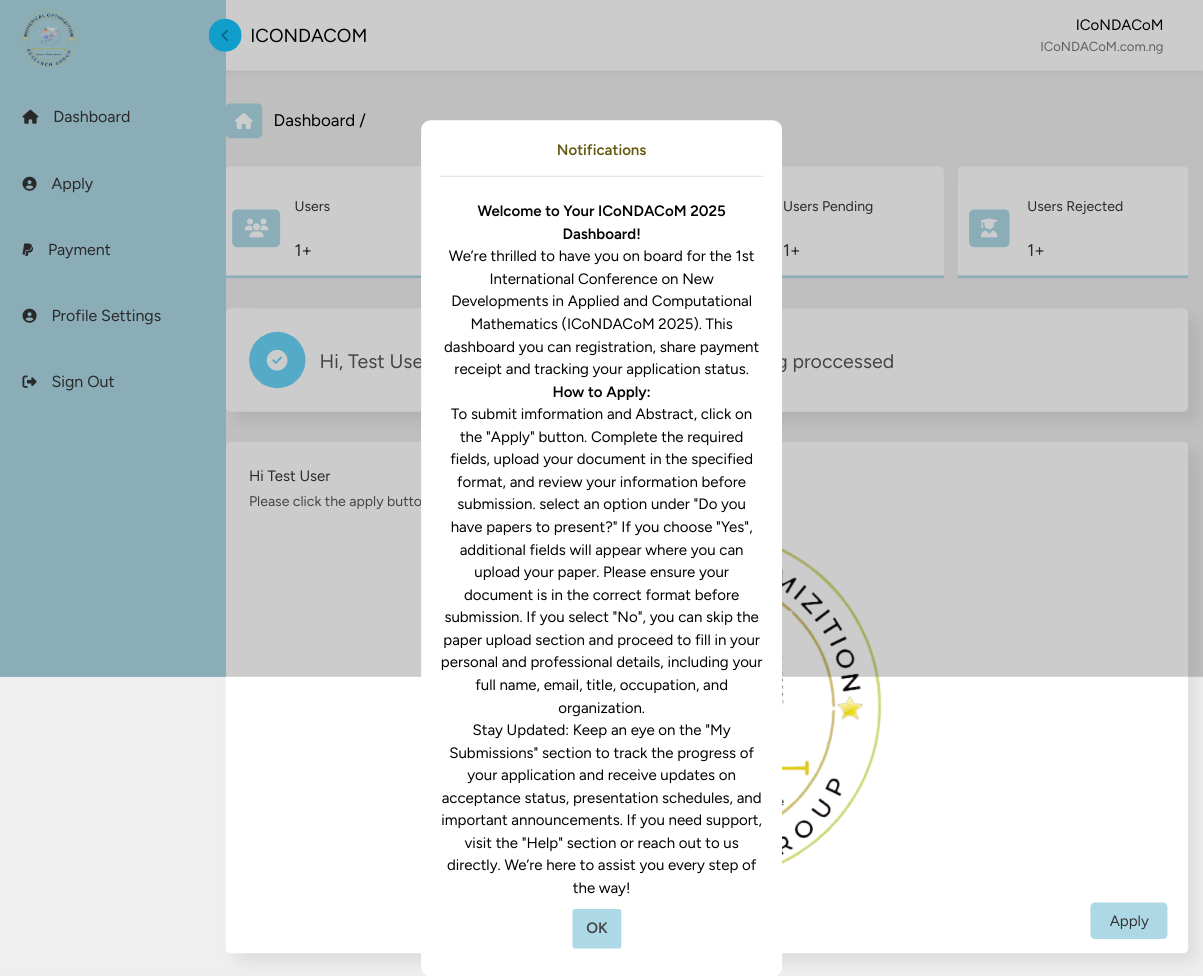
Repository: mrcode-gmb/aa-lectturn
Page: http://localhost/dashboard
The author's editor kept a copy of each file at every save. The page is drawn from the files as they stood at one save, then again after a run of saves.
The browser window is 1280 px wide. The pictures show the whole page, at 94% of full size.
The page is served by the project's Laravel application, run on PHP 8.4 with Laravel 10. A made-up administrator, Test User (test@example.com), is signed in. Other server files are loaded and not shown. Queries for data that is not in the repository find no rows.

Above is the page before, as saved 2025-02-07 10:33:23.

### routes/web.php
<?php

use App\Models\User;
use Illuminate\Support\Facades\Mail;
use Illuminate\Support\Facades\Route;
use App\Http\Controllers\ProfileController;
use App\Http\Controllers\ApplyCompetationController;

/*
|--------------------------------------------------------------------------
| Web Routes
|--------------------------------------------------------------------------
|
| Here is where you can register web routes for your application. These
| routes are loaded by the RouteServiceProvider and all of them will
| be assigned to the "web" middleware group. Make something great!
|
*/

Route::get('/', function () {
    return view('welcome');
});

Route::get('/dashboard', function () {
    return view('dashboard',
    [
        "allUsers" => User::where("role",2)->count(),
        "allPendingUsers" => User::where("status",1)->count(),
        "allApprovedUsers" => User::where("status",2)->count(),
        "allRejectedUsers" => User::where("status",3)->count(),
    ]);
})->middleware(['auth', 'verified'])->name('dashboard');

Route::middleware('auth')->group(function () {
    Route::get('/profile', [ProfileController::class, 'edit'])->name('profile.edit');
    Route::patch('/profile', [ProfileController::class, 'update'])->name('profile.update');
    Route::delete('/profile', [ProfileController::class, 'destroy'])->name('profile.destroy');

    Route::controller(ApplyCompetationController::class)->group(function () {
        Route::get("/apply", "index")->name("apply");
        Route::get("/users/applied", "showAppliedUsers")->name("apply.showAppliedUsers");
        Route::get("/users/payment/histories", "showPaymentHistories")->name("apply.showPaymentHistories");
        Route::get("/users/all", "showAlldUsers")->name("all.showAppliedUsers");
        Route::post("apply/store", "store")->name("apply.store");
        Route::post("apply/update", "update")->name("apply.update");
        Route::post("apply/payment-status", "paymentStatus")->name("apply.paymentStatus");
        Route::get("/payment/user", "userPayment")->name("userPayment");
        Route::post("/payment/payment", "userPaymentPayment")->name("userPaymentPayment");
    });
});

require __DIR__ . '/auth.php';

### app/Models/User.php
<?php

namespace App\Models;

// use Illuminate\Contracts\Auth\MustVerifyEmail;
use Illuminate\Database\Eloquent\Factories\HasFactory;
use Illuminate\Foundation\Auth\User as Authenticatable;
use Illuminate\Notifications\Notifiable;
use Laravel\Sanctum\HasApiTokens;

class User extends Authenticatable
{
    use HasApiTokens, HasFactory, Notifiable;

    /**
     * The attributes that are mass assignable.
     *
     * @var array<int, string>
     */
    protected $fillable = [
        'name',
        'email',
        "status",
        'password',
    ];

    /**
     * The attributes that should be hidden for serialization.
     *
     * @var array<int, string>
     */
    protected $hidden = [
        'password',
        'remember_token',
    ];

    /**
     * The attributes that should be cast.
     *
     * @var array<string, string>
     */
    protected $casts = [
        'email_verified_at' => 'datetime',
        'password' => 'hashed',
    ];

    public function userApplied()
    {
        return $this->hasOne(ApplyCompetation::class);
    }
    public function payment()
    {
        return $this->hasOne(Payment::class);
    }
}

### resources/views/dashboard.blade.php
<x-app-layout>
    <div>
        <section id="mainbody">
            <div class="main-body">
                <div class="str">
                    <div class="str-home">
                        <i class="fa fa-home"></i>
                        <div class="db">
                            <h4>Dashboard / &nbsp;</h4>
                            <p></p>
                        </div>
                    </div>
                </div>
                <div>
                    <div class="tabs" id="tabls">
                        <div class="">
                            <div class="container-fluiding">
                                <div class="col-md-3">
                                    <div class="icon-flex">
                                        <div class="left">
                                            <i class="fa fa-users"></i>
                                        </div>
                                        <div class="right">
                                            <h4>Users</h4>
                                            <p class="percent" id="percent">0%</p>
                                        </div>
                                    </div>
                                    <div class="loader">
                                        <div class="shows" id="shows"></div>
                                    </div>
                                </div>
                                <div class="col-md-3">
                                    <div class="icon-flex">
                                        <div class="left">
                                            <i class="fa fa-hand-point-right"></i>
                                        </div>
                                        <div class="right">
                                            <h4>Users Approved</h4>
                                            <p class="percent" id="percent1">0%</p>
                                        </div>
                                    </div>
                                    <div class="loader">
                                        <div class="shows" id="shows1"></div>
                                    </div>
                                </div>
                                <div class="col-md-3">
                                    <div class="icon-flex">
                                        <div class="left">
                                            <i class="fa fa-money-check-alt"></i>
                                        </div>
                                        <div class="right">
                                            <h4>Users Pending</h4>
                                            <p class="percent" id="percent2">0%</p>
                                        </div>
                                    </div>
                                    <div class="loader">
                                        <div class="shows" id="shows2"></div>
                                    </div>
                                </div>
                                <div class="col-md-3">
                                    <div class="icon-flex">
                                        <div class="left">
                                            <i class="fa fa-user-graduate"></i>
                                        </div>
                                        <div class="right">
                                            <h4>Users Rejected</h4>
                                            <p class="percent" id="percent3">0%</p>
                                        </div>
                                    </div>
                                    <div class="loader">
                                        <div class="shows" id="shows3"></div>
                                    </div>
                                </div>
                            </div>
                        </div>
                        <x-auth-session-status class="mb-4" :status="session('status')" />
                        @if (Auth::user()->status != 0)
                            @if (Auth::user()->status == 1)
                                <div class="full-chart">
                                    <div class="chart-title flex-class">
                                        <div class="circle-pending">
                                            <i class="fa fa-check-circle"></i>
                                        </div>
                                        <div class="circle-text">
                                            <p>Hi, {{ Auth::user()->name }}, Congratulation your application is being
                                                proccessed </p>
                                        </div>
                                    </div>
                                </div>
                            @elseif (Auth::user()->status == 2)
                                <div class="full-chart">
                                    <div class="chart-title flex-class">
                                        <div class="circle-success">
                                            <i class="fa fa-check-circle"></i>
                                        </div>
                                        <div class="circle-text">
                                            <p>Hi, {{ Auth::user()->name }}, Congratulation your application has been
                                                approved.
                                            </p>
                                        </div>
                                    </div>
                                </div>
                            @elseif (Auth::user()->status == 3)
                                <div class="full-chart">
                                    <div class="chart-title flex-class">
                                        <div class="circle-rejected">
                                            <i class="fa fa-check-circle"></i>
                                        </div>
                                        <div class="circle-text">
                                            <p>Hi, {{ Auth::user()->name }}, Sorry your application cannot be
                                                considered.
                                            </p>
                                        </div>
                                    </div>
                                </div>
                            @else
                            @endif
                        @endif
                    </div>
                </div>

                @if (Auth::user()->role == 1)
                    <div>
                        <div class="tabs" id="tabls">
                            <div class="full-chart">
                                <div class="chart-title">
                                    <h3>Hi {{ Auth::user()->name }} (Super Admin)</h3>
                                    <p>Please click the manage users button to view, approved, or reject user who apply
                                    </p>
                                </div>
                                <div class="dont-have">
                                    <img src="{{ asset('asset/photos/WhatsApp_Image_2024-10-23_at_8.20.45_PM-removebg-preview.png') }}"
                                        alt="">
                                </div>
                                <div class="create-app">
                                    <a href="apply">
                                        Manage Users
                                    </a>
                                </div>
                            </div>
                            <br>
                        </div>
                    </div>
                @else
                    <div>
                        <div class="tabs" id="tabls">
                            <div class="full-chart">
                                <div class="chart-title">
                                    <h3>Hi {{ Auth::user()->name }}</h3>
                                    <p>Please click the apply button to apply</p>
                                </div>
                                <div class="dont-have">
                                    <img src="{{ asset('asset/photos/WhatsApp_Image_2024-10-23_at_8.20.45_PM-removebg-preview.png') }}"
                                        alt="">
                                </div>
                                <div class="create-app">
                                    <a href="apply">
                                        Apply
                                    </a>
                                </div>
                            </div>
                            <br>
                        </div>
                    </div>
                @endif
                <!-- end design dashboard content  -->
            </div>
        </section>
    </div>
    <div class="modal d-nones text-center font-bold" id="modal">
        <div class="modal-dialog">
            <div class="modal-head">
                <p><b>Notifications</b> </p>
            </div>
            <form class="modal-body">
                <p>
                    <b>Welcome to Your ICoNDACoM 2025 Dashboard!</b> <br>
We’re thrilled to have you on board for the 1st International Conference on New Developments in Applied and Computational Mathematics (ICoNDACoM 2025). This dashboard you can registration, share payment receipt and tracking your application status.
<br>
<b>How to Apply:</b> <br>
To submit imformation and Abstract, click on the "Apply" button. Complete the required fields, upload your document in the specified format, and review your information before submission. select an option under "Do you have papers to present?" If you choose "Yes", additional fields will appear where you can upload your paper. Please ensure your document is in the correct format before submission. If you select "No", you can skip the paper upload section and proceed to fill in your personal and professional details, including your full name, email, title, occupation, and organization.
<br>
Stay Updated:
Keep an eye on the "My Submissions" section to track the progress of your application and receive updates on acceptance status, presentation schedules, and important announcements. If you need support, visit the "Help" section or reach out to us directly. We’re here to assist you every step of the way!


                </p>
                <div class="modal-footer text-center">
                    <button type="button" onclick="modalDismiss()">OK</button>
                </div>
            </form>
        </div>
    </div>
    <script>
        const modalDismiss = ()=>{
            document.querySelector("#modal").style.display = "none";
        }
        window.onclick = (e)=>{
            const modal = document.getElementById("modal")
            if(e.target == modal){
                document.querySelector("#modal").style.display = "none";
            }
        }
        window.onload = () => {
            let loader = document.querySelector(".shows"),
                percent = document.querySelector("#percent");

            let loaderStart = 0,
                loaderEnd = {{ $allUsers < 1 ? 1 : $allUsers }},
                loaderTime = 60;

            let start = setInterval(() => {
                loaderStart++;

                percent.textContent = loaderStart + '+';
                loader.style.width = `${loaderStart}`;
                loader.style.background = `rgb(173, 216, 230)`;


                if (loaderStart == loaderEnd) {
                    clearInterval(start);
                }
            }, loaderTime);


            let loader1 = document.querySelector("#shows1"),
                percent1 = document.querySelector("#percent1");

            let loaderStart1 = 0,
                loaderEnd1 = {{ $allApprovedUsers < 1 ? 1 : $allApprovedUsers }},
                loaderTime1 = 60;

            let start1 = setInterval(() => {
                loaderStart1++;

                percent1.textContent = loaderStart1 + '+';
                loader1.style.width = `${loaderStart1}`;
                loader1.style.background = `rgb(173, 216, 230)`;


                if (loaderStart1 == loaderEnd1) {
                    clearInterval(start1);
                }
            }, loaderTime1);




            let loader2 = document.querySelector("#shows2"),
                percent2 = document.querySelector("#percent2");

            let loaderStart2 = 0,
                loaderEnd2 = {{ $allPendingUsers < 1 ? 1 : $allPendingUsers }},
                loaderTime2 = 60;

            let start2 = setInterval(() => {
                loaderStart2++;

                percent2.textContent = loaderStart2 + '+';
                loader2.style.width = `${loaderStart2}`;
                loader2.style.background = `rgb(173, 216, 230)`;


                if (loaderStart2 == loaderEnd2) {
                    clearInterval(start2);
                }
            }, loaderTime2);


            let loader3 = document.querySelector("#shows3"),
                percent3 = document.querySelector("#percent3");

            let loaderStart3 = 0,
                loaderEnd3 = {{ $allRejectedUsers < 1 ? 1 : $allRejectedUsers }},
                loaderTime3 = 60;

            let start3 = setInterval(() => {
                loaderStart3++;

                percent3.textContent = loaderStart3 + '+';
                loader3.style.width = `${loaderStart3}`;
                loader3.style.background = `rgb(173, 216, 230)`;


                if (loaderStart3 == loaderEnd3) {
                    clearInterval(start3);
                }
            }, loaderTime3);

        }
    </script>
</x-app-layout>

### resources/views/components/auth-session-status.blade.php
@props(['status'])

@if ($status)
    <div {{ $attributes->merge(['class' => 'font-medium text-sm text-green-600 dark:text-green-400 alert-success']) }}>
        <i class="fa fa-check-circle"></i>&nbsp;{{ $status }}
    </div>
@endif

Loaded but not shown: routes/auth.php (common file); app/Http/Controllers/Auth/EmailVerificationPromptController.php (common file); app/Http/Controllers/Controller.php (common file); app/Http/Controllers/Auth/VerifyEmailController.php (common file); app/View/Components/AppLayout.php (common file); public/asset/fontawesome-free/css/all.min.css (library); public/asset/fontawesome-free/css/all.css (library); public/asset/styles.css (1619 lines, source omitted); public/asset/form.css (503 lines, source omitted); resources/views/layouts/app.blade.php (123 lines, source omitted); resources/views/layouts/navigation.blade.php (128 lines, source omitted)

After the next 3 saves:
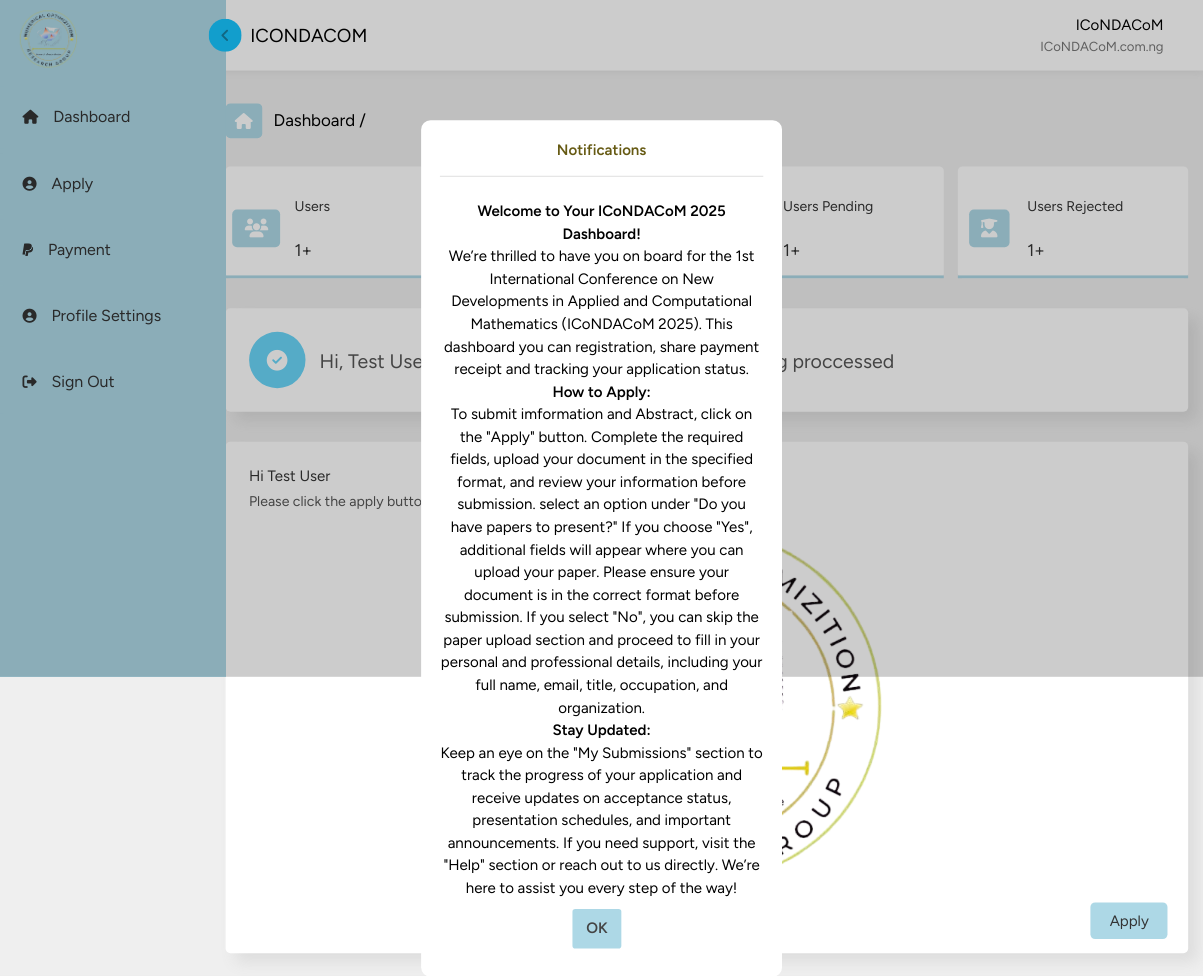
The 3 saves are shown as one change because they came seconds apart.
The last was saved 10 s later.
--- a/resources/views/dashboard.blade.php
+++ b/resources/views/dashboard.blade.php
@@ -180,7 +180,7 @@
 <b>How to Apply:</b> <br>
 To submit imformation and Abstract, click on the "Apply" button. Complete the required fields, upload your document in the specified format, and review your information before submission. select an option under "Do you have papers to present?" If you choose "Yes", additional fields will appear where you can upload your paper. Please ensure your document is in the correct format before submission. If you select "No", you can skip the paper upload section and proceed to fill in your personal and professional details, including your full name, email, title, occupation, and organization.
 <br>
-Stay Updated:
+<b>Stay Updated:</b><br>
 Keep an eye on the "My Submissions" section to track the progress of your application and receive updates on acceptance status, presentation schedules, and important announcements. If you need support, visit the "Help" section or reach out to us directly. We’re here to assist you every step of the way!
 
 
